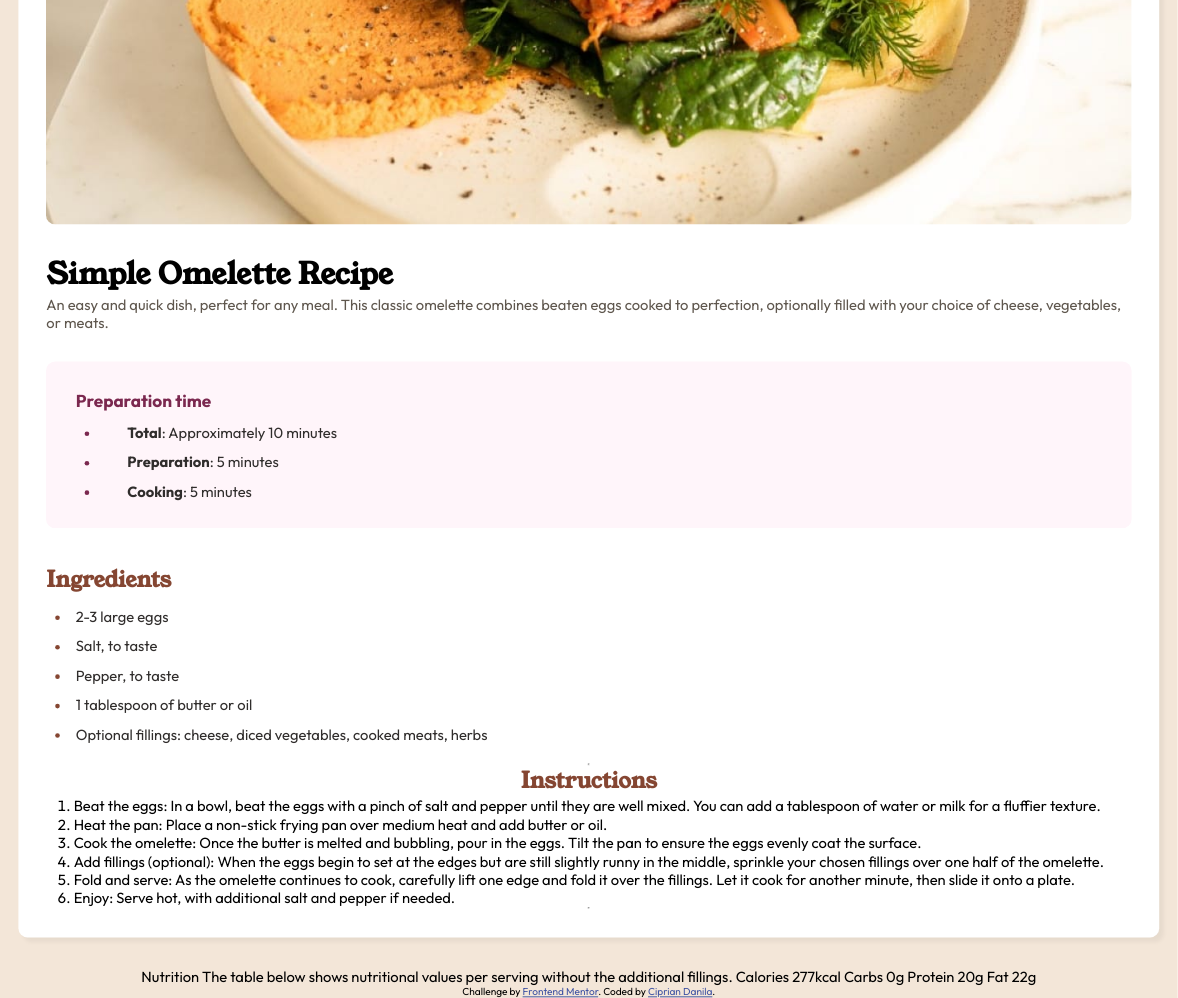
Repository: cipdanila/recipe-page
Page: index.html
An editor plug-in stored every save of this project. The page is shown before and after the next save, followed by the edit.
The browser window is 1280 px wide. The pictures show the whole page, at 92% of full size.

Above is the page before, as saved 2024-01-21 17:17:08.

After the next save:
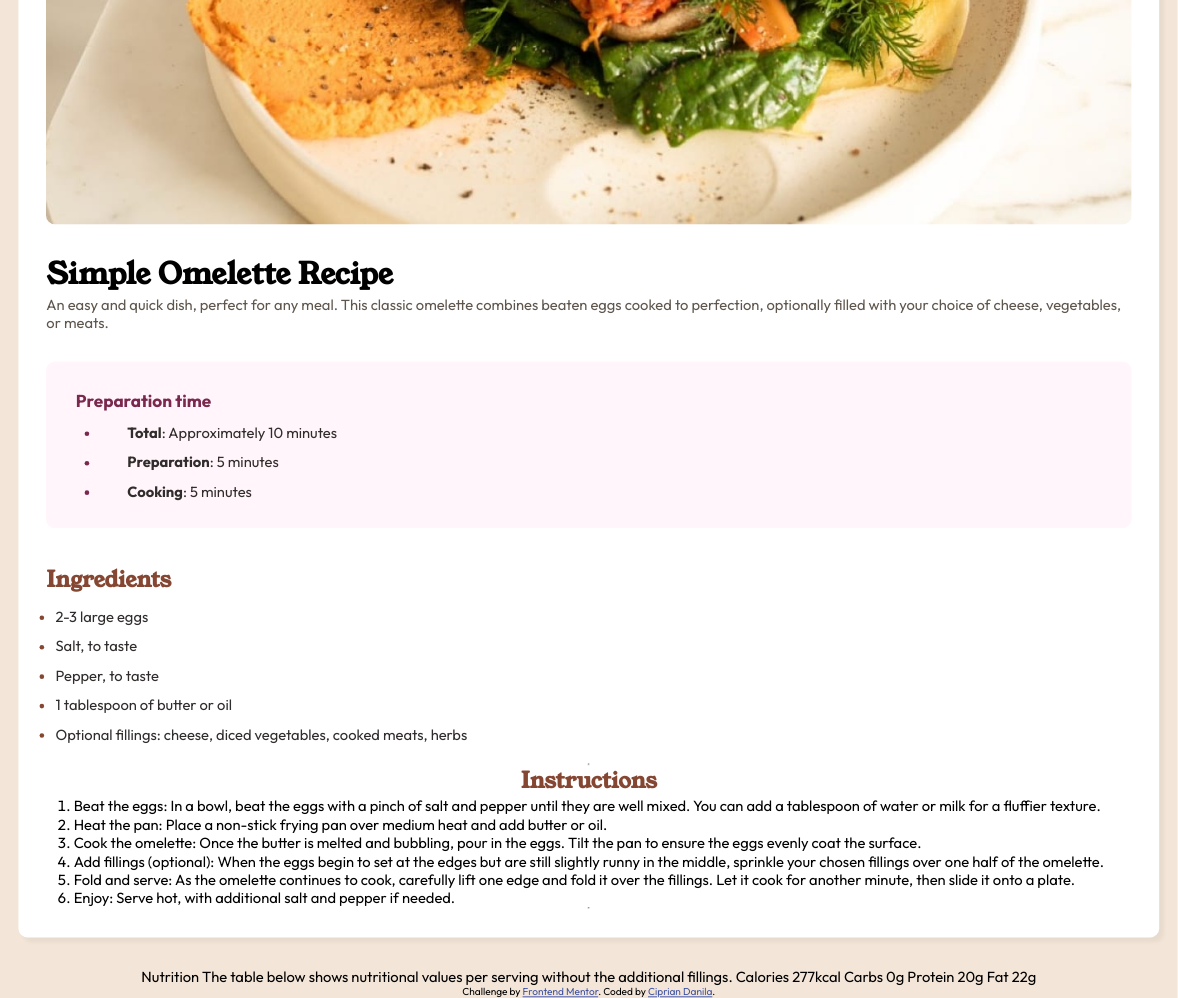
Saved 72 s later.
--- a/styles.css
+++ b/styles.css
@@ -121,8 +121,8 @@
 }
 
 .ingredients-container ul {
-    list-style-position: inside;
     padding-left: 10px;
+
 }
 
 .ingredients-container ul li::marker {
